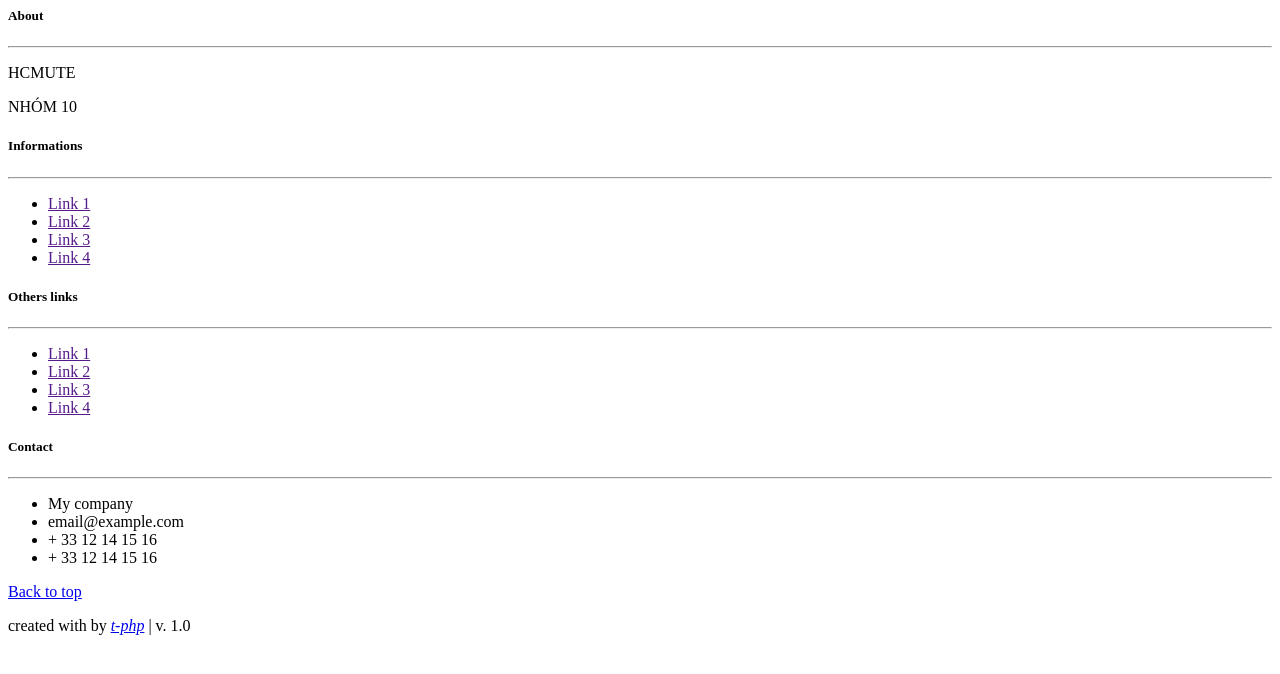
Repository: vule2809/LTW-20146307
Page: http://localhost/Banxemay_nhom10/common/user/footer.jsp
These files come from the project's save history. The page is drawn as it stood at one moment and after the next save; the edit follows.
The browser window is 1280 px wide. The pictures show the whole page.
The page is served by Tomcat 9. Nobody is signed in. The application's start-up code is not run.

Above is the page before, as saved 2023-12-10 00:50:35.

After the next save:
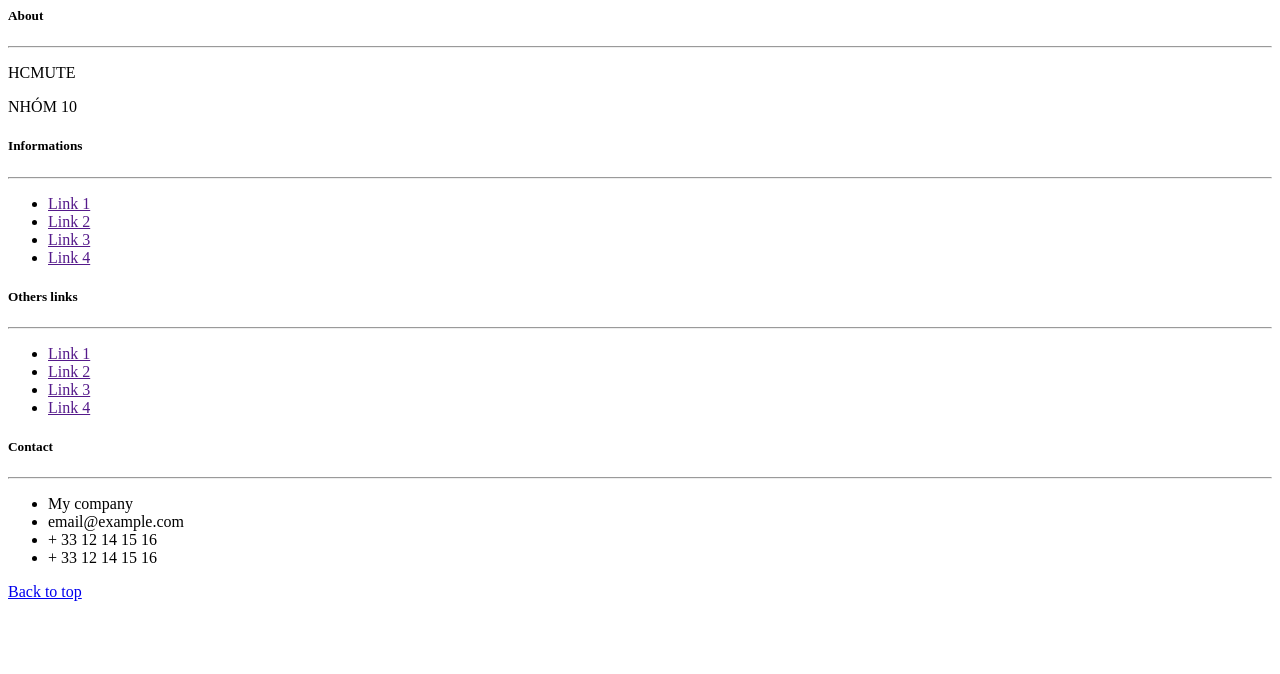
Saved 24 s later.
--- a/Banxemay_nhom10/src/main/webapp/common/user/footer.jsp
+++ b/Banxemay_nhom10/src/main/webapp/common/user/footer.jsp
@@ -48,11 +48,7 @@
 				<p class="float-left">
 					<a href="#">Back to top</a>
 				</p>
-				<p class="text-right text-muted">
-					created with <i class="fa fa-heart"></i> by <a
-						href="https://t-php.fr/43-theme-ecommerce-bootstrap-4.html"><i>t-php</i></a>
-					| <span>v. 1.0</span>
-				</p>
+
 			</div>
 		</div>
 	</div>
